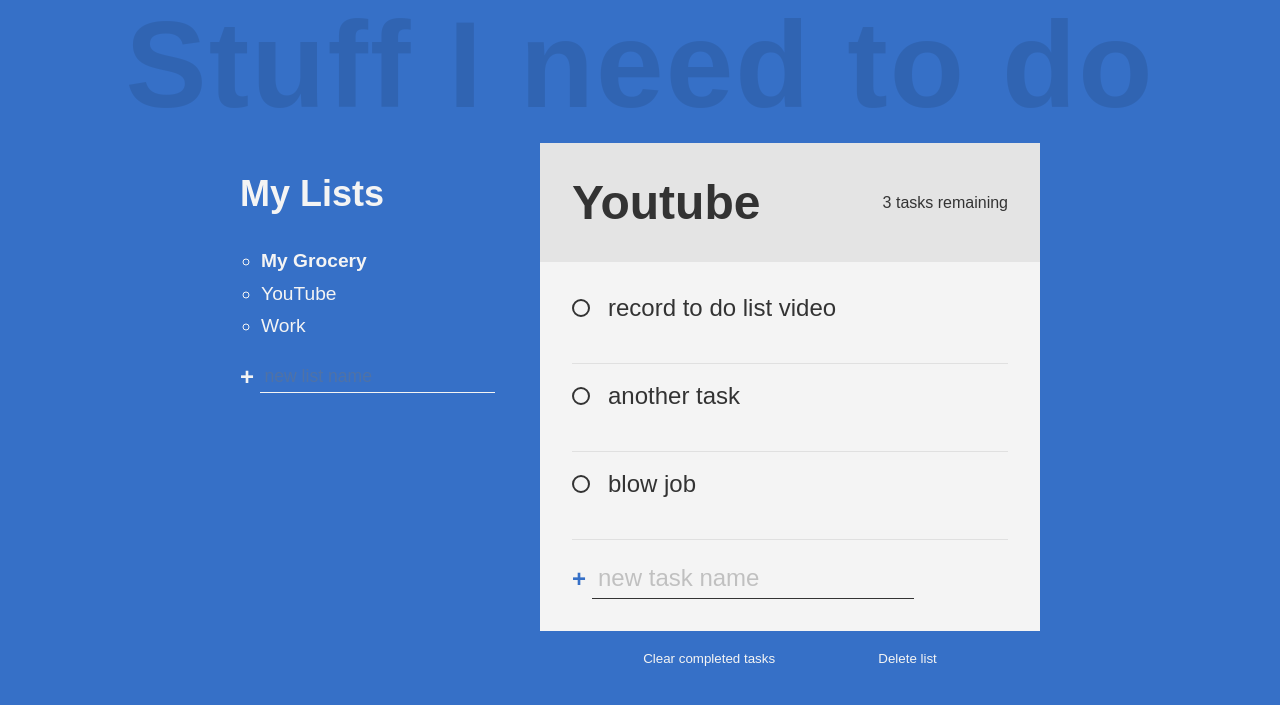
Repository: MohammadMazloum123/To-Do-List-App-
Page: index.html
These files come from the project's save history. The page is drawn as it stood at one moment and after a run of saves; the edit follows.
The browser window is 1280 px wide. The pictures show the whole page.

Above is the page before, as saved 2024-02-15 15:48:05.
Console error: SyntaxError: Identifier 'newListForm' has already been declared

### index.html
<!DOCTYPE html>
<html lang="en">
<head>
    <meta charset="UTF-8">
    <meta name="viewport" content="width=device-width, initial-scale=1.0">
    <title>To-Do List</title>
    <link rel="stylesheet" href="styles.css">
</head>
<body>
    <h1 class="title">Stuff I need to do</h1>
    <div class="all-tasks">
        <h2 class="task-list-title">My Lists</h2>
        <ul class="task-list" data-lists>
            <li class="list-name active-list">My Grocery</li>
            <li class="list-name" >YouTube</li>
            <li class="list-name">Work</li>
        </ul>
        <form data-new-list-form>
            <input type="text" class="new list" data-new-list-input placeholder="new list name" aria-label="new list name">
            <button class="btn create" aria-label="create new list">+</button>
        </form>
    </div>
    <div class="todo-list">
        <div class="todo-header">
            <h1 class="list-title">Youtube</h1>
            <p class="task-count">3 tasks remaining</p>
        </div>
        <div class="todo-body">
            <div class="tasks">
                <div class="task">
                    <input type="checkbox" id="task-1">
                    <label for="task-1">
                        <span class="custom-checkbox"></span>
                        record to do list video
                    </label>
                </div>
                <!--Task 1-->
                <div class="task">
                    <input type="checkbox" id="task-2">
                    <label for="task-2">
                        <span class="custom-checkbox"></span>
                        another task
                    </label>
                </div>
                <!--Task 2-->
                <div class="task">
                    <input type="checkbox" id="task-3">
                    <label for="task-3">
                        <span class="custom-checkbox"></span>
                        blow job
                    </label>
                </div>
                <!--Task 3-->
            </div>
            <div class="new-task-creator">
                <form>
                    <input type="text" class="new task" placeholder="new task name" aria-label="new task name">
                    <button class="btn create" aria-label="create new task">+</button>
                </form>
            </div>
            <div class="delete-stuff">
                <button class="btn delete">Clear completed tasks</button>
                <button class="btn delete">Delete list</button>
            </div>
        </div>
    </div>
    <!--Java Script-->
    <script defer src="script.js"></script>
</body>
</html>

### styles.css
:root{
    --clr-primary: rgb(54, 112, 199);
    --clr-light: #f4f4f4;
    --clr-dark:#333;
    --clr-warning: rgb(99, 36, 36);
}
*,
*::before,
*::after{
    font-family: inherit;
    box-sizing: border-box;
}

body{
    margin: 0;
    font-family: "Work Sans", sans-serif;
    font-weight: 300;
    font-size: 1.5rem;
    background-color: var(--clr-primary);
    color: var(--clr-light);
    display: grid;
    grid:
        "header header header header" auto
        "...... lists active ......" auto /
        1fr minmax(100px, 300px) minmax(250px, 500px) 1fr;
}
.title{
    grid-area: header;
    text-align: center;
    font-weight: 800;
    font-size: calc(7vw + 2rem);
    color: rgba(0, 0, 0, .1);
    margin: -.3rem 0 0.5rem;
    letter-spacing: 2px;
}
form{
    display: flex;
}
.btn{
    background: 0;
    cursor: pointer;
    padding: 0;
    border: 0;
    color: inherit;
}
.btn.create{
    font-size: 1.5rem;
    font-weight: 900;
    margin-right: .25em;
    transition: opacity 250ms ease-in;
}
.btn.create:hover{
    opacity: .7;
}

.new{
    background: transparent;
    border: 0;
    color: inherit;
    outline: none;
    font-size: inherit;
    border-bottom: 1px solid currentColor;
    transition: border-bottom 150ms ease-in;
    order: 2;
    padding: 0.25em;
}
.new::placeholder{
    opacity: .4;
}
.new:focus{
    border-bottom-width: 3px;
}

.new:focus::placeholder{
    opacity: 0.15;
}
.active-list{
    font-weight: 800;
}
.new.list{
    font-size: 1.1rem;
}
.all-tasks{
    grid-area: lists;
}
.task-list{
    line-height: 1.7;
    list-style: circle;
    font-size: 1.2rem;
    padding-left: 1.1em;
}
.list-name{
    cursor: pointer;
}
.list-name:hover{
    opacity: .7;
}
.todo-list{
    --spacer:2rem;
    grid-area: active;
    background: var(--clr-light);
    color: var(--clr-dark);
}
.todo-header{
    padding: var(--spacer);
    background: #e4e4e4;
    display: flex;
    align-items: center;
    justify-content: space-between;
}
.list-title{
    margin: 0 1em 0 0;
}
.task-count{
    margin: 0;
    font-size: 1rem;
}
.todo-body{
    padding: var(--spacer);
    position: relative;
}
.new-task-creator .create{
    color: var(--clr-primary);
}
.new.task{
    margin-bottom: 0;
}

[type="checkbox"]{
    opacity: 0;
    position: absolute;
}
.task label{
    display: inline-flex;
    align-items: center;
    position: relative;
    margin-bottom: 1.25em;
}
.task{
    position: relative;
    margin-bottom: 1.25em;
}
.task::after{
    content: "";
    position: absolute;
    left: 0;
    right: 0;
    height: 1px;
    bottom: -0.5em;
    background: currentColor;
    opacity: 0.1;

}
.custom-checkbox{
    --size: 0.75em;
    display: inline-block;
    width: var(--size);
    height: var(--size);
    margin-right: var(--size);
    cursor: pointer;
    border: 2px solid currentColor;
    border-radius: 50%;
    transform: scale(1);
    transition: transform 300ms ease-in-out;
}
.task:hover .custom-checkbox,
[type="checkbox"]:focus + label .custom-checkbox {
    transform: scale(1.2);
    color: var(--clr-primary);
}

[type="checkbox"]:checked + label .custom-checkbox{
    background-color: var(--clr-primary);
    border-color: var(--clr-primary);
    box-shadow: inset 0 0 0px 2px white;
}
[type="checkbox"]:checked + label{
    opacity: 0.7;
}
.task label::after{
    content: "";
    position: absolute;
    left: 0;
    right: 0;
    left: 1.5em;
    top: 50%;
    height: 3px;
    background: currentColor;
    transform: scaleX(0);
    transform-origin:right ;
    transition: transform 150ms ease-in-out;
}
[type="checkbox"]:checked + label::after{
    transform: scaleX(1);
    transform-origin: left;
}
.delete-stuff{
    display: flex;
    justify-content: space-evenly;
    position: absolute;
    width: 100%;
    left: 0;
    bottom:-35px;
    color: var(--clr-light);
}

.btn.delete:hover{
    border-bottom: 2px solid #333;
    transform: scaleY(1.05);
}

### script.js
const listsContainer = document.querySelector('[data-lists]');
const newListForm = document.querySelector('[data-new-list-form]')
const newListForm = document.querySelector('[data-new-list-form]')






let lists = [{
    id: 1,
    name:'blow job'
    },
    {
        id: 2,
        name:'name'
    },
]

function render(){
    clearElement(listsContainer)
    lists.forEach(list =>{
        const listElement = document.createElement('li')
        listElement.dataset.listId = list.id
        listElement.classList.add('list-name')
        listElement.innerText = list.name
        listsContainer.appendChild(listElement)
    })
}
function clearElement(element){
    while(element.firstChild){
        element.removeChild(element.firstChild)
    }
}

render()

After the next 2 saves:
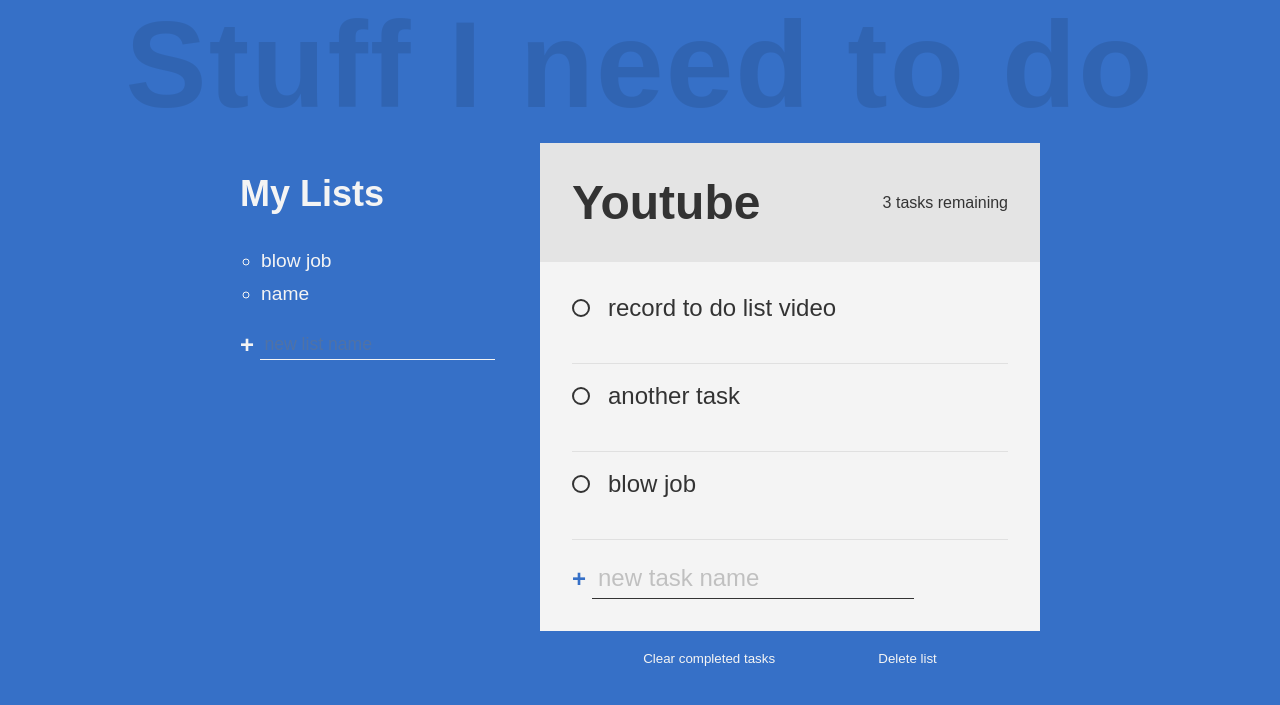
The error is gone.
The 2 saves are shown as one change because they came seconds apart.
The last was saved 6 s later.
--- a/script.js
+++ b/script.js
@@ -1,6 +1,6 @@
 const listsContainer = document.querySelector('[data-lists]');
 const newListForm = document.querySelector('[data-new-list-form]')
-const newListForm = document.querySelector('[data-new-list-form]')
+const newListInput = document.querySelector('[data-new-list-form]')
 
 
 
